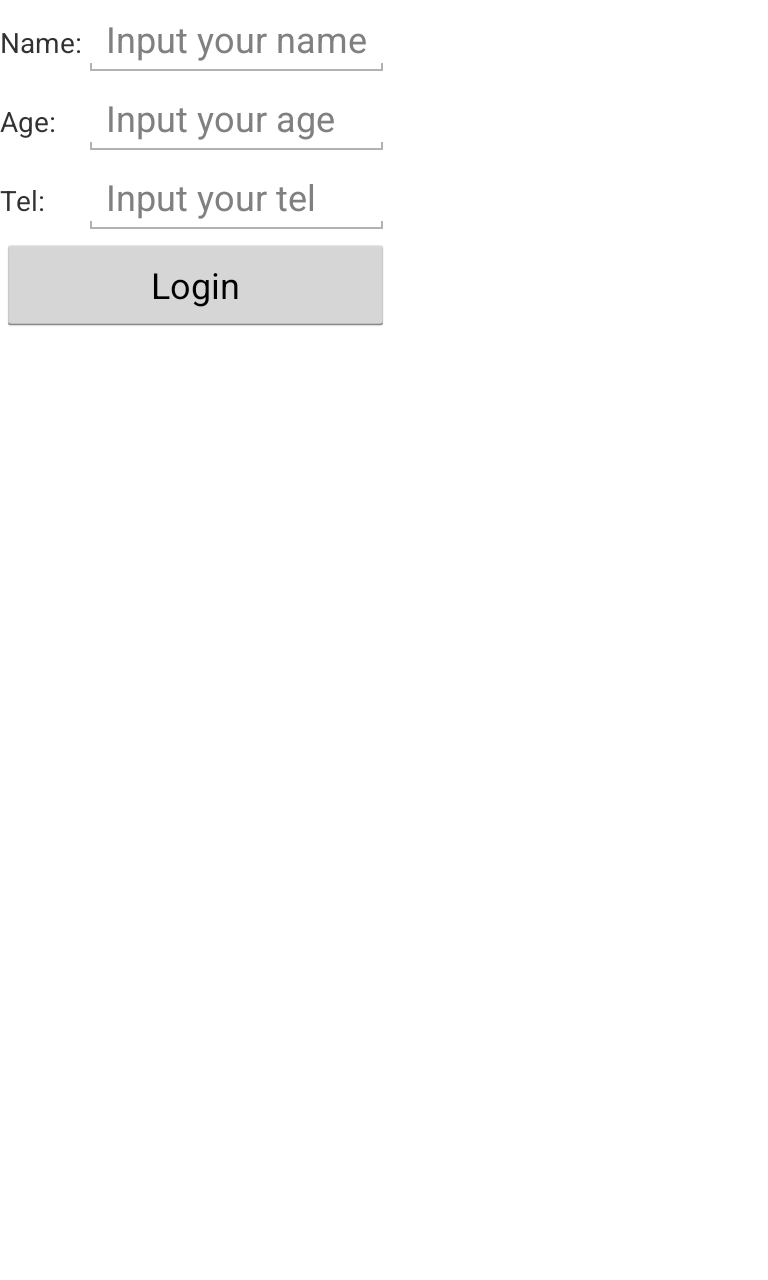
Repository: JDLINLC/android-dev
Layout: ModifyQQ/res/layout/showdetail_activity.xml
An editor plug-in stored every save of this project. The layout is shown before and after the next save, followed by the edit.
It is drawn on a 768 x 1280 px phone screen (xhdpi) without system bars, with theme AppTheme; the app's code is not run.

Above is the layout before, as saved 2015-04-24 14:29:25.

### ModifyQQ/res/layout/showdetail_activity.xml
<?xml version="1.0" encoding="utf-8"?>
<TableLayout xmlns:android="http://schemas.android.com/apk/res/android"
    android:layout_width="match_parent"
    android:layout_height="match_parent"
    android:orientation="vertical" >

    <TableRow>
        <TextView
            android:layout_height="wrap_content"
            android:text="Name:"/>
        <EditText
            android:id="@+id/name"
            android:layout_height="wrap_content"
            android:hint="Input your name"/>
    </TableRow>
    <TableRow>
        <TextView
            android:layout_height="wrap_content"
            android:text="Age:"/>
        <EditText
            android:id="@+id/age"
            android:layout_height="wrap_content"
            android:hint="Input your age"/>
    </TableRow>
    <TableRow>
        <TextView
            android:layout_height="wrap_content"
            android:text="Tel:"/>
        <EditText
            android:id="@+id/tel"
            android:layout_height="wrap_content"
            android:hint="Input your tel"/>
    </TableRow>
    <TableRow>
        <Button
            android:id="@+id/Login"
            android:layout_height="wrap_content"
            android:layout_span="2"
            android:text="Login"/>
    </TableRow>


</TableLayout>

Loaded but not shown: ModifyQQ/res/values/styles.xml (common file); ModifyQQ/res/values-v11/styles.xml (common file); ModifyQQ/res/values-v14/styles.xml (common file)

After the next save:
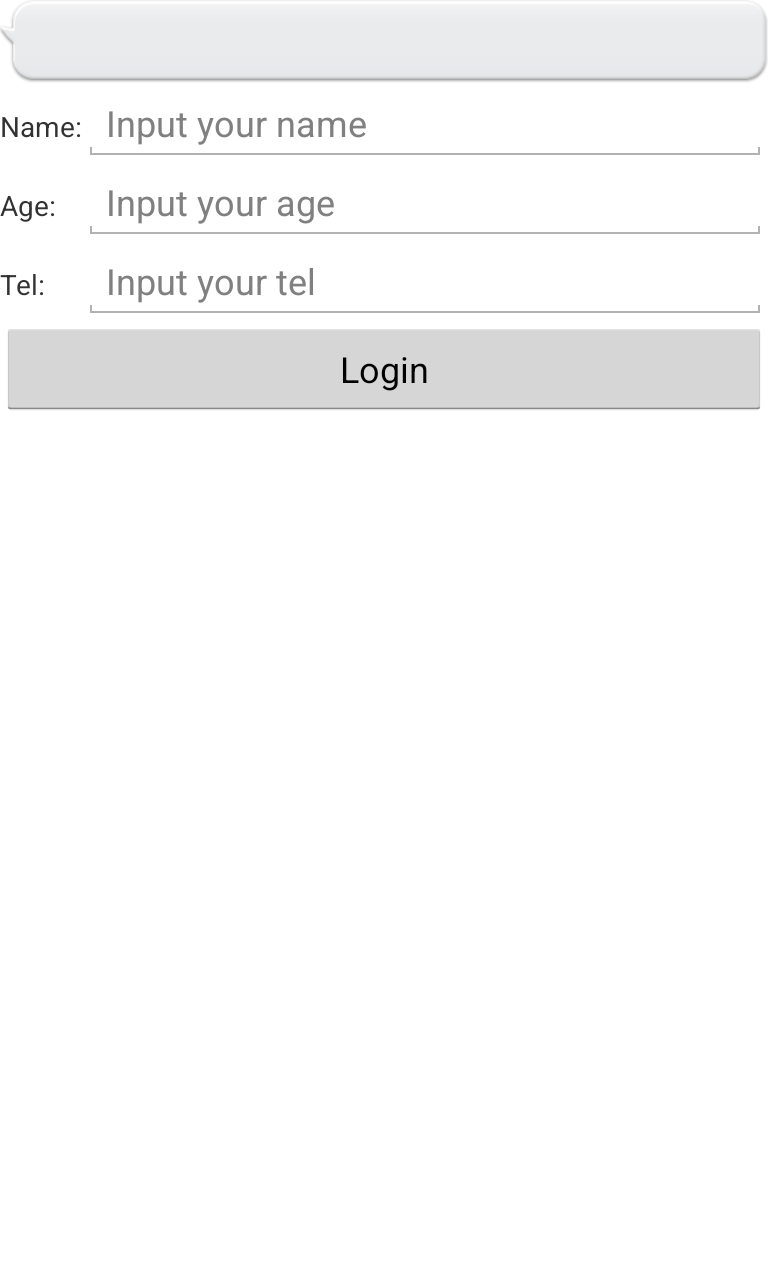
Saved 8 min 52 s later.
--- a/ModifyQQ/res/layout/showdetail_activity.xml
+++ b/ModifyQQ/res/layout/showdetail_activity.xml
@@ -2,7 +2,14 @@
 <TableLayout xmlns:android="http://schemas.android.com/apk/res/android"
     android:layout_width="match_parent"
     android:layout_height="match_parent"
+    android:stretchColumns="1"
     android:orientation="vertical" >
+
+    <LinearLayout
+        android:layout_width="match_parent"
+        android:layout_height="wrap_content"
+        android:background="@drawable/em">
+    </LinearLayout>
 
     <TableRow>
         <TextView
